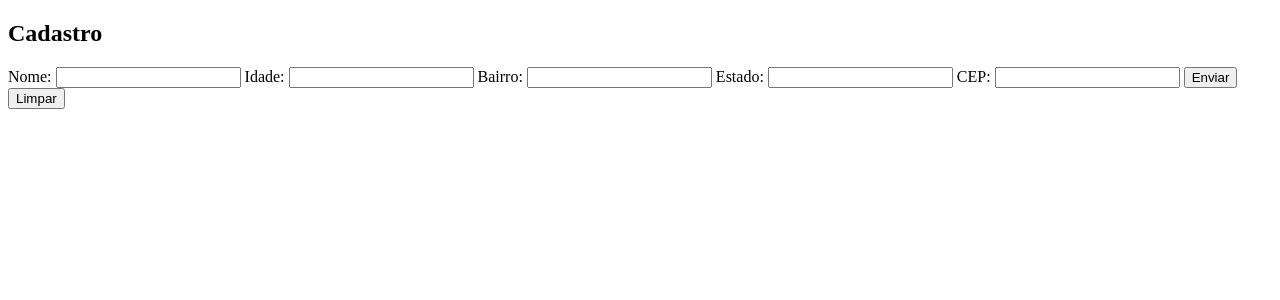
Repository: AugustoZx/cliente-servidor
Page: http://localhost/exemploAula5/Cadastro.jsp
An editor plug-in stored every save of this project. The page is shown before and after the next save, followed by the edit.
The browser window is 1280 px wide. The pictures show the whole page.
The page is served by Tomcat 9.

Above is the page before, as saved 2023-09-06 12:21:40.

After the next save:
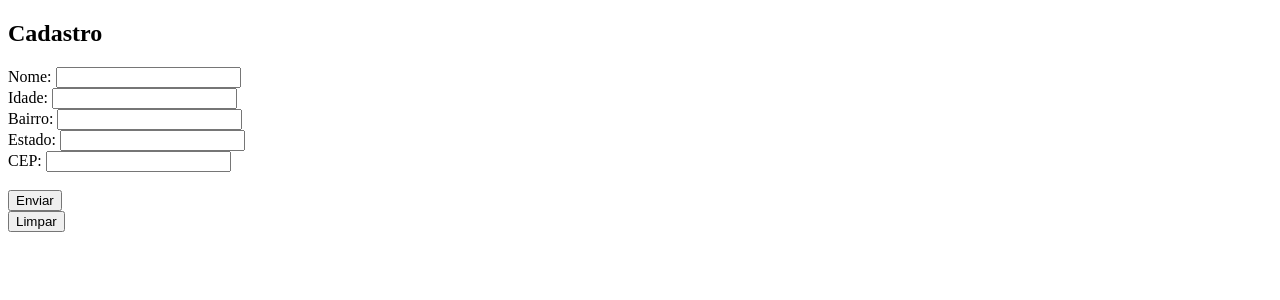
Saved 29 s later.
--- a/Cliente-servidor/Aula03/exemploAula5/src/main/webapp/Cadastro.jsp
+++ b/Cliente-servidor/Aula03/exemploAula5/src/main/webapp/Cadastro.jsp
@@ -10,15 +10,15 @@
 	<h2>Cadastro</h2>
 	<form action="lista.jsp">
 		<label>Nome:</label>
-		<input type="text" name="nome" id="nome">
+		<input type="text" name="nome" id="nome"> <br>
 		<label>Idade:</label>
-		<input type="text" name="idade" id="idade">
+		<input type="text" name="idade" id="idade"> <br>
 		<label>Bairro:</label>
-		<input type="text" name="bairro" id="bairro">
+		<input type="text" name="bairro" id="bairro"> <br>
 		<label>Estado:</label>
-		<input type="text" name="estado" id="estado">
+		<input type="text" name="estado" id="estado"> <br>
 		<label>CEP:</label>
-		<input type="text" name="cep" id="cep">
+		<input type="text" name="cep" id="cep"> <br> <br>
 		<input type="submit" value="Enviar"> <br> <input type="reset" value="Limpar">
 
 	</form>
